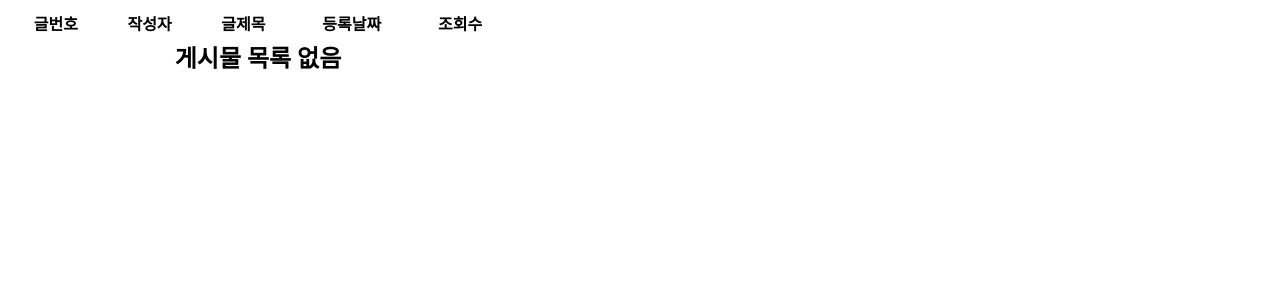
Repository: LTaeHoon/javajsp_ncs
Page: http://localhost/chap07_DTO_DAO/board/boardList.jsp
The author's editor kept a copy of each file at every save. The page is drawn from the files as they stood at one save, then again after a run of saves.
The browser window is 1280 px wide. The pictures show the whole page.
The page is served by Tomcat 9. Queries for data that is not in the repository find no rows.

Above is the page before, as saved 2017-01-23 06:29:22.

After the next 2 saves:
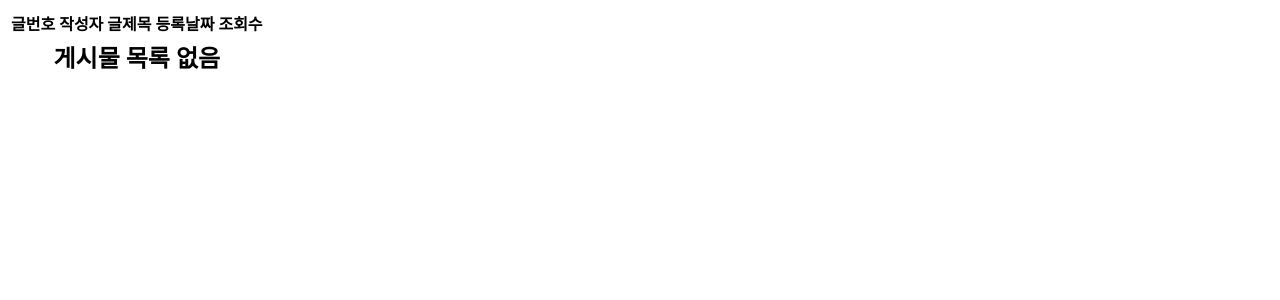
The 2 saves are shown as one change because they came seconds apart.
The last was saved 12 s later.
--- a/chap07_DTO_DAO/WebContent/board/boardList.jsp
+++ b/chap07_DTO_DAO/WebContent/board/boardList.jsp
@@ -6,10 +6,9 @@
 
 <!-- boardList.jsp : 게시물 전체 목록 보기 -->
 <style>
-	div{margin:auto;}
-	table{border:1;width:500;}
+	div{margin:auto;},
+	table{border:1;width:500;},
 	td{text-align:center;}
-
 </style>
 <div>
 <table>

After the save that followed:
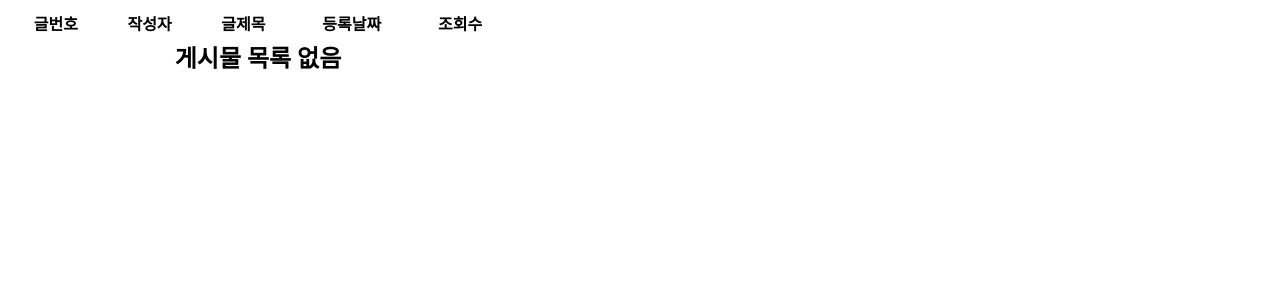
Saved 18 s later.
--- a/chap07_DTO_DAO/WebContent/board/boardList.jsp
+++ b/chap07_DTO_DAO/WebContent/board/boardList.jsp
@@ -6,8 +6,8 @@
 
 <!-- boardList.jsp : 게시물 전체 목록 보기 -->
 <style>
-	div{margin:auto;},
-	table{border:1;width:500;},
+	div{margin:auto;}
+	table{border:1;width:500;}
 	td{text-align:center;}
 </style>
 <div>
